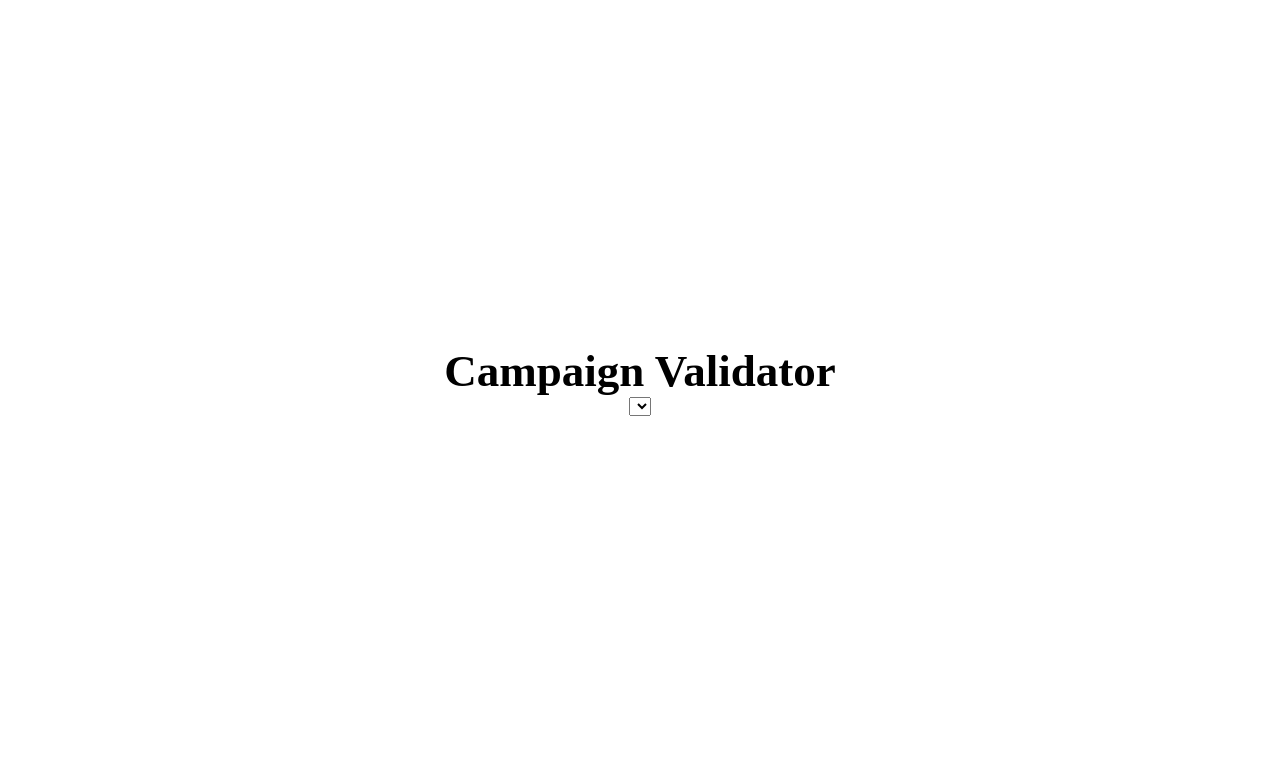
Repository: AbApin/project
Page: / (app in frontend/)
An editor plug-in stored every save of this project. The page is shown before and after a run of saves, followed by the edit.
The browser window is 1280 px wide. The pictures show the whole page.
The project was rebuilt for these pictures with package versions that can differ from the ones it lists, and the page was loaded fresh each time. Also part of the build but not shown: frontend/vue.config.js.

Above is the page before, as saved 2023-02-21 15:27:30.

After the next 2 saves:
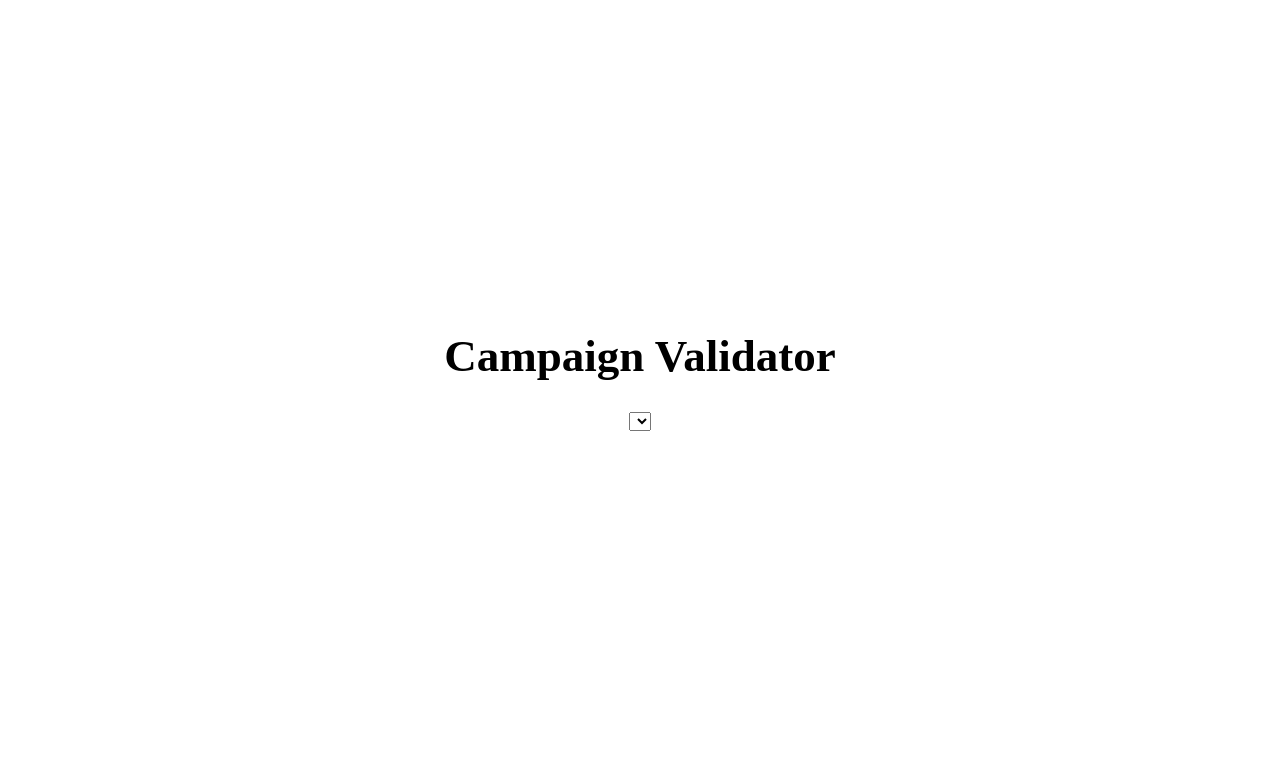
The 2 saves are shown as one change because they came seconds apart.
The last was saved 8 s later.
--- a/frontend/src/App.vue
+++ b/frontend/src/App.vue
@@ -30,6 +30,7 @@ export default {
   align-items: center;
   justify-content: center;
   flex-direction: column;
+  gap: 30px;
   padding: 20px;
   height: 100vh;
 }
